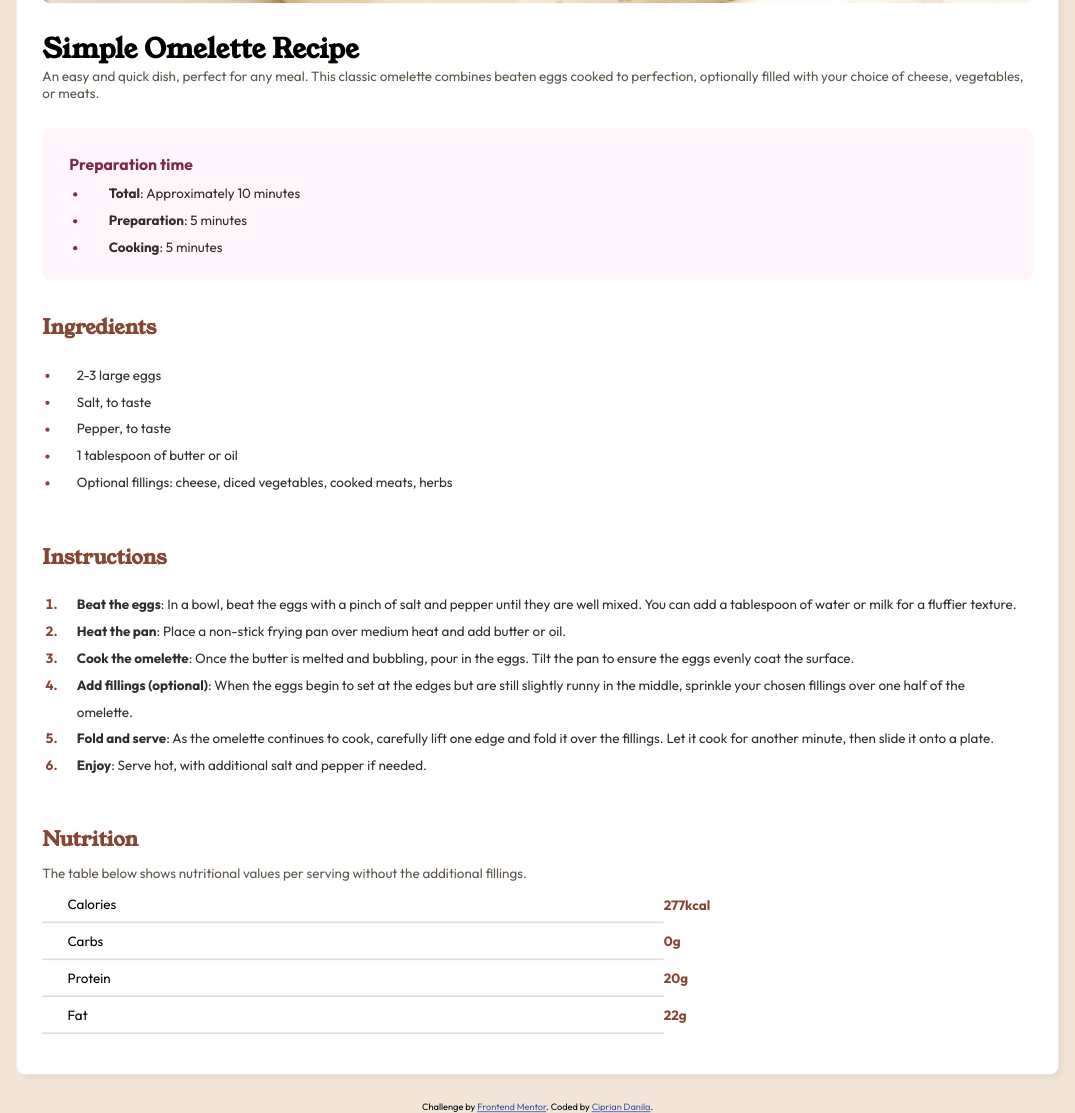
Repository: cipdanila/recipe-page
Page: index.html
These files come from the project's save history. The page is drawn as it stood at one moment and after the next save; the edit follows.
The browser window is 1280 px wide. The pictures show the whole page, at 84% of full size.

Above is the page before, as saved 2024-01-21 20:45:54.

### index.html
<!DOCTYPE html>
<html lang="en">
    <head>
        <meta charset="UTF-8" />
        <meta name="viewport" content="width=device-width, initial-scale=1.0" />
        <!-- displays site properly based on user's device -->

        <link rel="icon" type="image/png" sizes="32x32" href="./assets/images/favicon-32x32.png" />
        <link rel="stylesheet" href="styles.css" />

        <title>Frontend Mentor | Recipe page</title>
    </head>
    <body>
        <main>
            <div class="container">
                <img src="./assets/images//image-omelette.jpeg" alt="image-omlette" />
                <div class="intro-section">
                    <h1>Simple Omelette Recipe</h1>
                    <p>
                        An easy and quick dish, perfect for any meal. This classic omelette combines beaten eggs cooked to
                        perfection, optionally filled with your choice of cheese, vegetables, or meats.
                    </p>
                </div>
                <div class="prep-container">
                    <h3>Preparation time</h3>
                    <ul>
                        <li><span>Total</span>: Approximately 10 minutes</li>
                        <li><span>Preparation</span>: 5 minutes</li>
                        <li><span>Cooking</span>: 5 minutes</li>
                    </ul>
                </div>
                <div class="ingredients-container">
                    <h2>Ingredients</h2>
                    <ul>
                        <li>2-3 large eggs</li>
                        <li>Salt, to taste</li>
                        <li>Pepper, to taste</li>
                        <li>1 tablespoon of butter or oil</li>
                        <li>Optional fillings: cheese, diced vegetables, cooked meats, herbs</li>
                    </ul>
                </div>
                <hr />
                <div class="instructions-container">
                    <h2>Instructions</h2>
                    <ol>
                        <li>
                            <strong>Beat the eggs</strong>: In a bowl, beat the eggs with a pinch of salt and pepper until they
                            are well mixed. You can add a tablespoon of water or milk for a fluffier texture.
                        </li>
                        <li>
                            <strong>Heat the pan</strong>: Place a non-stick frying pan over medium heat and add butter or oil.
                        </li>
                        <li>
                            <strong>Cook the omelette</strong>: Once the butter is melted and bubbling, pour in the eggs. Tilt the
                            pan to ensure the eggs evenly coat the surface.
                        </li>
                        <li>
                            <strong>Add fillings (optional)</strong>: When the eggs begin to set at the edges but are still
                            slightly runny in the middle, sprinkle your chosen fillings over one half of the omelette.
                        </li>
                        <li>
                            <strong>Fold and serve</strong>: As the omelette continues to cook, carefully lift one edge and fold
                            it over the fillings. Let it cook for another minute, then slide it onto a plate.
                        </li>
                        <li><strong>Enjoy</strong>: Serve hot, with additional salt and pepper if needed.</li>
                    </ol>
                </div>
                <div class="instructions-container">
                    <h2>Nutrition</h2>
                    <p>The table below shows nutritional values per serving without the additional fillings.</p>
                    <table>
                      <tr>
                        <td>Calories</td>
                        <td>277kcal</td>
                      </tr>
                      <tr>
                        <td>Carbs</td>
                        <td>0g</td>
                      </tr>
                      <tr>
                        <td>Protein</td>
                        <td>20g</td>
                      </tr>
                      <tr class="last">
                        <td>Fat</td>
                        <td>22g</td>
                      </tr>
                    </table>
                </div>
                <hr />
            </div>
        </main>
        <footer>
            <div class="attribution">
                Challenge by
                <a href="https://www.frontendmentor.io?ref=challenge" target="_blank" rel="noopener">Frontend Mentor</a>. Coded by
                <a href="https://github.com/cipdanila" target="_blank" rel="noopener noreferrer">Ciprian Danila</a>.
            </div>
        </footer>
    </body>
</html>

### styles.css
@import url("https://fonts.googleapis.com/css2?family=Outfit:wght@400;600;700&family=Young+Serif&display=swap");

* {
    margin: 0;
    padding: 0;
    box-sizing: border-box;
}

:root {
    /* Primary Colors */
    --nutmeg: hsl(14, 45%, 36%);            /* h2 */
    --dark-raspberry: hsl(332, 51%, 32%);   /* h3 */
    /* Neutral Colors */
    --white: hsl(0, 0%, 100%);              /* main container */
    --rose-white: hsl(330, 100%, 98%);      /* second container */
    --eggshell: hsl(30, 54%, 90%);          /* body */
    --light-grey: hsl(30, 18%, 87%);        /* shadow */
    --wenge-brown: hsl(30, 10%, 34%);       /* regular font */
    --dark-charcoal: hsl(24, 5%, 18%);      /* bold font */
    /* Fonts */
    --font-heads: 'Young Serif', sans-serif;
    --font-body: 'Outfit', sans-serif;
}

body {
    font-family: var(--font-body);
    font-size: 16px;
    background-color: var(--eggshell);
    display: flex;
    flex-direction: column;
    align-items: center;
    justify-content: center;
    height: calc(100vh - 1px);
    margin: 1.25rem;
}

img {
    max-width: 100%;
}

h1, h2 {
    font-family: var(--font-heads);
}

h2 {
    color: var(--nutmeg);
}

h3 {
    font-family: var(--font-body);
    color: var(--dark-raspberry);
}

p {
    color: var(--wenge-brown);
}

.container {
    background-color: var(--white);
    padding: 1.90rem;
    border-radius: 0.625rem;
    box-shadow: 5px 5px 5px rgba(0, 0, 0, 0.05);
    display: flex;
    flex-direction: column;
    align-items: center;
    margin-bottom: 2rem;
}

.container img {
    border-radius: 0.625rem;
    margin-bottom: 1rem;
}

.intro-section {
    display: flex;
    flex-direction: column;
    align-items: flex-start;
    width: 100%;
    margin: 1rem;
}

.prep-container {
    width: 100%;
    display: flex;
    flex-direction: column;
    align-items: flex-start;
    background-color: var(--rose-white);
    border-radius: 0.625rem;
    margin: 1rem auto 1rem;
    padding: 1.5rem 2rem;
    line-height: 2;
}

.prep-container ul {
    list-style-position: inside;
    padding-left: 5px;
}

.prep-container ul li::marker {
    color: var(--dark-raspberry);
}

.prep-container ul li {
    color: var(--dark-charcoal);
}

.prep-container ul li span {
    font-weight: 700;
    color: var(--dark-charcoal);
    margin-left: 1.25rem;
}

.ingredients-container {
    width: 100%;
    display: flex;
    flex-direction: column;
    align-items: flex-start;
    border-radius: 0.625rem;
    margin: 1rem auto 1rem;
    line-height: 2;
}

.ingredients-container ul {
    padding-left: 5px;
    margin: 1rem;
}

.ingredients-container ul li::marker {
    color: var(--nutmeg);
}

.ingredients-container ul li {
    color: var(--dark-charcoal);
    padding-left: 20px;
}

.ingredients-container ul li span {
    font-weight: 700;
    color: var(--dark-charcoal);
    margin-left: 1.5rem;
}

.instructions-container {
    width: 100%;
    display: flex;
    flex-direction: column;
    align-items: flex-start;
    border-radius: 0.625rem;
    margin: 1rem auto 1rem;
    line-height: 2;
}

.instructions-container ol {
    padding-left: 5px;
    margin: 1rem;
}

.instructions-container ol li::marker {
    color: var(--nutmeg);
    font-weight: bold;
}

.instructions-container ol li {
    color: var(--dark-charcoal);
    padding-left: 20px;
}

.instructions-container ol li span {
    font-weight: 700;
    color: var(--dark-charcoal);
    margin-left: 1.5rem;
}

table {
    border-collapse: collapse;
    width: 100%;
}

td:not(:last-child) {
    padding: 5px 5px 5px 30px;
    text-align: left;
    border-bottom: 2px solid var(--light-grey);
}

table td:nth-child(2) {
    color: var(--nutmeg);
    font-weight: 700;
}

.container hr {
    align-self: center;
    height: 1px;
    background: var(--light-grey);
    border: medium;
}

.attribution {
    font-size: 11px;
    text-align: center;
}

.attribution a {
    color: hsl(228, 45%, 44%);
}

@media (min-width: 375px) {
/**/
}

After the next save:
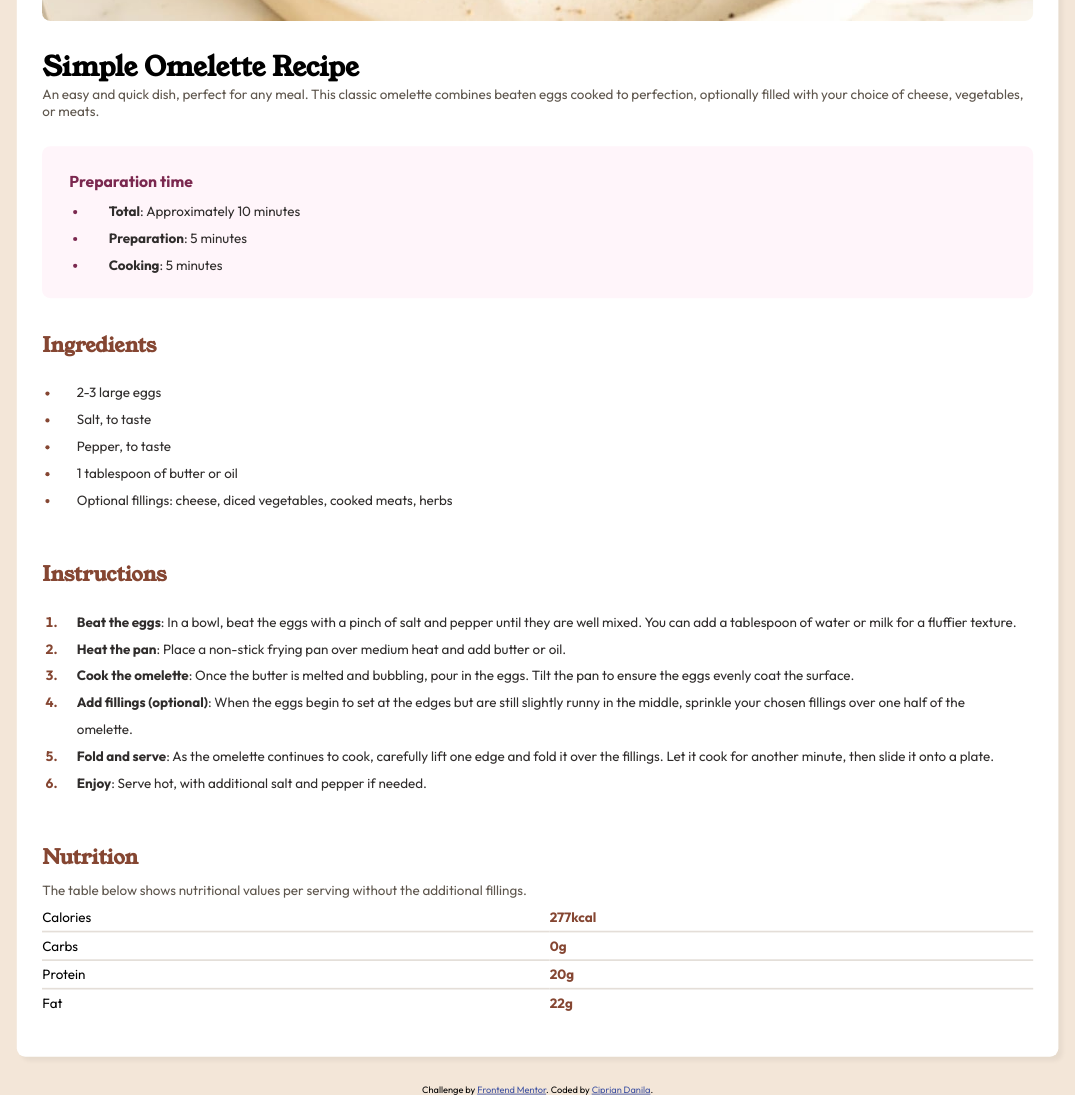
Saved 12 s later.
--- a/styles.css
+++ b/styles.css
@@ -176,7 +176,7 @@
     width: 100%;
 }
 
-td:not(:last-child) {
+tr:not(:last-child) {
     padding: 5px 5px 5px 30px;
     text-align: left;
     border-bottom: 2px solid var(--light-grey);
